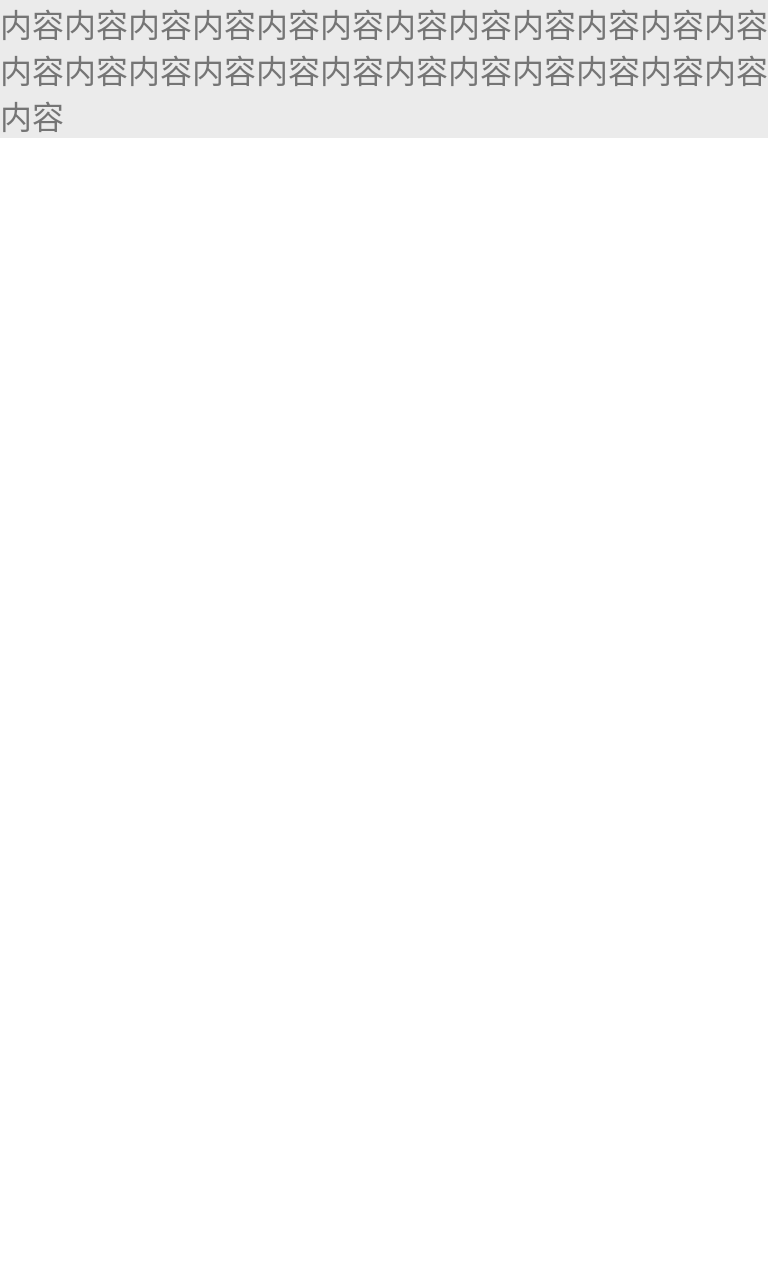
Repository: fatio/Nower
Layout: Android_Client_Source/EnjoyIt/res/layout/comment_list_item.xml
An editor plug-in stored every save of this project. The layout is shown before and after the next save, followed by the edit.
It is drawn on a 768 x 1280 px phone screen (xhdpi) without system bars, with theme AppTheme; the app's code is not run.

Above is the layout before, as saved 2015-12-27 16:42:33.

After the next save:
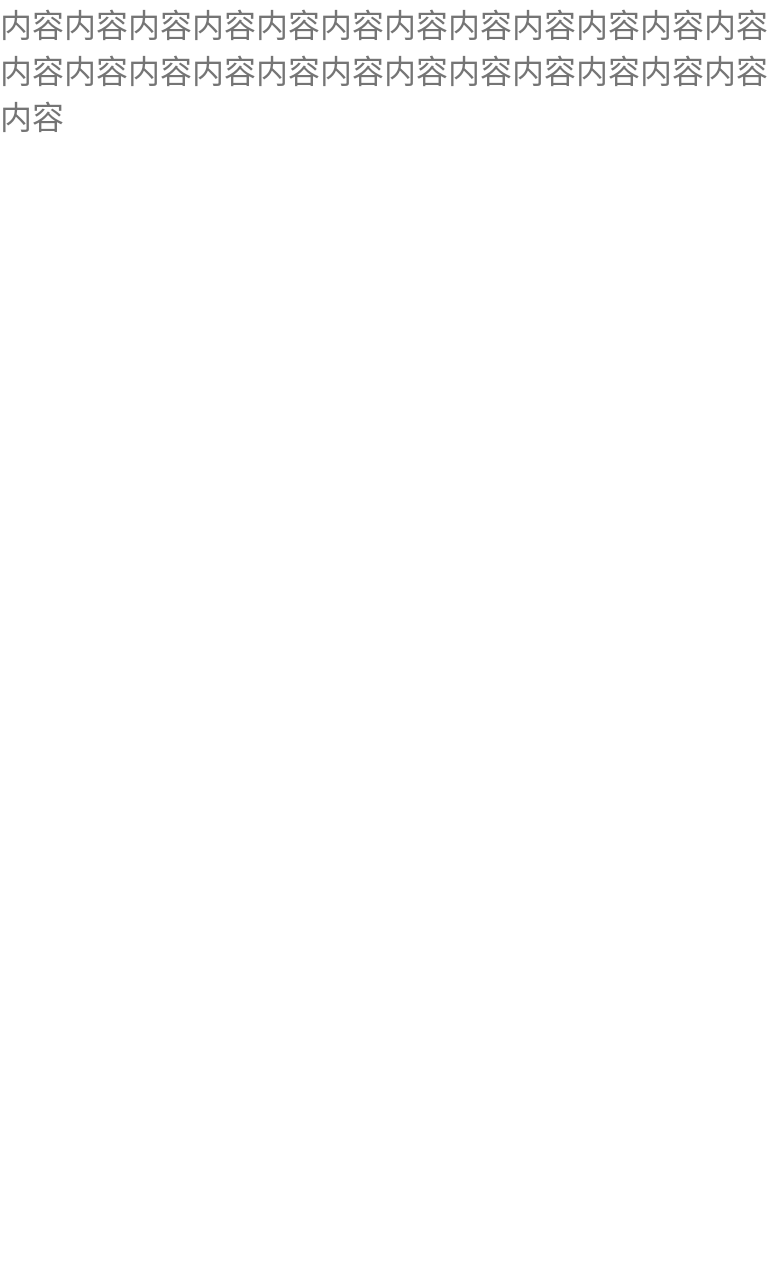
Saved 2 min 4 s later.
--- a/Android_Client_Source/EnjoyIt/res/values/colors.xml
+++ b/Android_Client_Source/EnjoyIt/res/values/colors.xml
@@ -15,7 +15,7 @@
     <color name="puple">#d500f9</color>
 
 
-     <color name="mywhite">#ebebeb</color>
+     <color name="mywhite">#egegeg</color>
  <color name="white">#ffffff</color><!--白色 -->
  <color name="ivory">#fffff0</color><!--象牙色 -->
  <color name="lightyellow">#ffffe0</color><!--亮黄色 -->

After the save that followed:
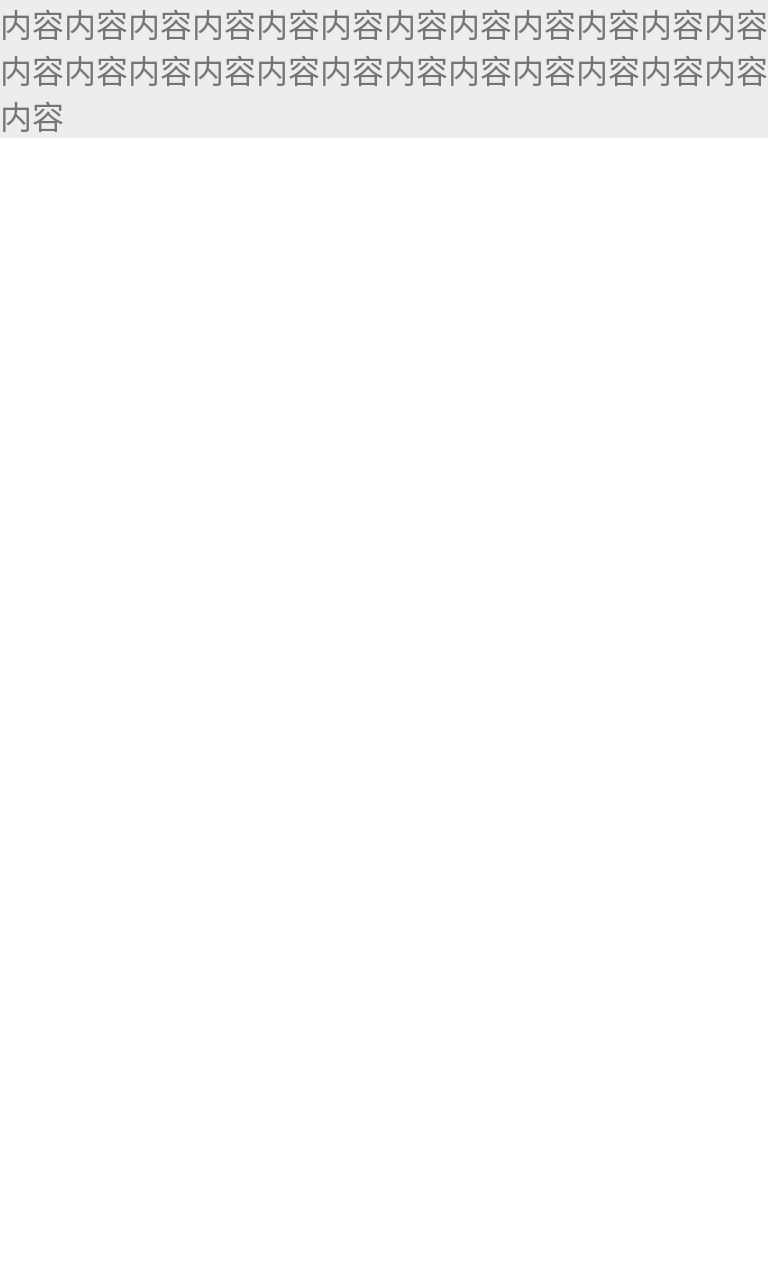
Saved 27 s later.
--- a/Android_Client_Source/EnjoyIt/res/values/colors.xml
+++ b/Android_Client_Source/EnjoyIt/res/values/colors.xml
@@ -15,7 +15,7 @@
     <color name="puple">#d500f9</color>
 
 
-     <color name="mywhite">#egegeg</color>
+     <color name="mywhite">#ededed</color>
  <color name="white">#ffffff</color><!--白色 -->
  <color name="ivory">#fffff0</color><!--象牙色 -->
  <color name="lightyellow">#ffffe0</color><!--亮黄色 -->
